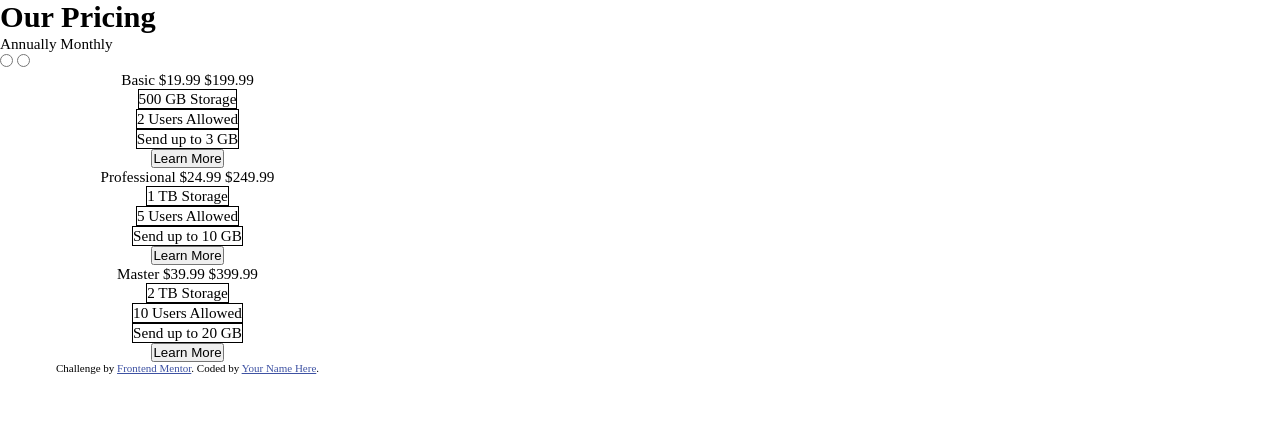
Repository: JuzzJoel/pricing-component-with-toggle-master
Page: index.html
The author's editor kept a copy of each file at every save. The page is drawn from the files as they stood at one save, then again after the next save.
The browser window is 1280 px wide. The pictures show the whole page.

Above is the page before, as saved 2025-05-24 08:03:01.

After the next save:
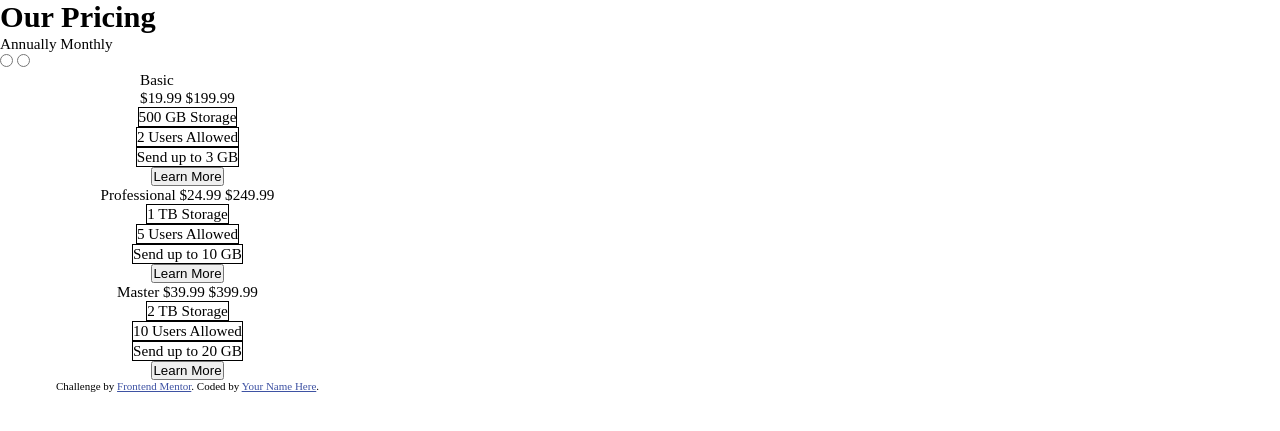
Saved 32 s later.
--- a/index.html
+++ b/index.html
@@ -112,7 +112,7 @@ body{
           <div class="card-container">
 <div class="card">
             <div class="rows-head">Basic
-            &dollar;19.99
+         <h1></h1>   &dollar;19.99
             &dollar;199.99
           </div>
             <div class="rows">500 GB Storage</div>
